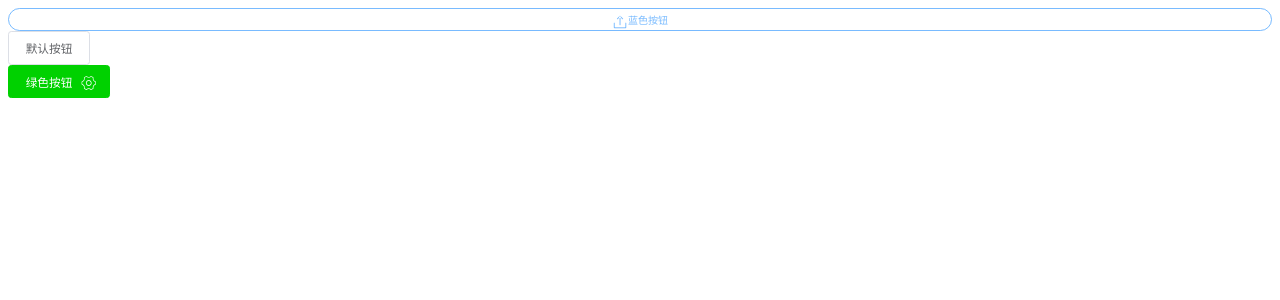
Repository: Cherry-pan/component-packing
Page: /
An editor plug-in stored every save of this project. The page is shown before and after the next save, followed by the edit.
The browser window is 1280 px wide. The pictures show the whole page.
The project was rebuilt for these pictures with package versions that can differ from the ones it lists, and the page was loaded fresh each time. Also part of the build but not shown: vue.config.js.

Above is the page before, as saved 2022-04-30 15:58:54.

After the next save:
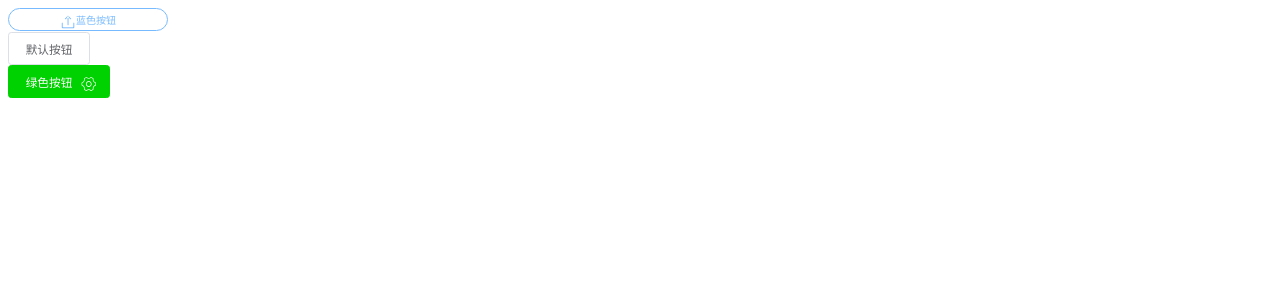
Saved 41 s later.
--- a/src/components/button/Button.vue
+++ b/src/components/button/Button.vue
@@ -1,7 +1,7 @@
 <template>
   <div>
     <button
-      :class="[theme, isBorder, isRound, specifications,blockCss]"
+      :class="[theme, isBorder, isRound, specifications]"
       :disabled="disabled"
       class="a-button"
       :style="[minWidthCss]"
